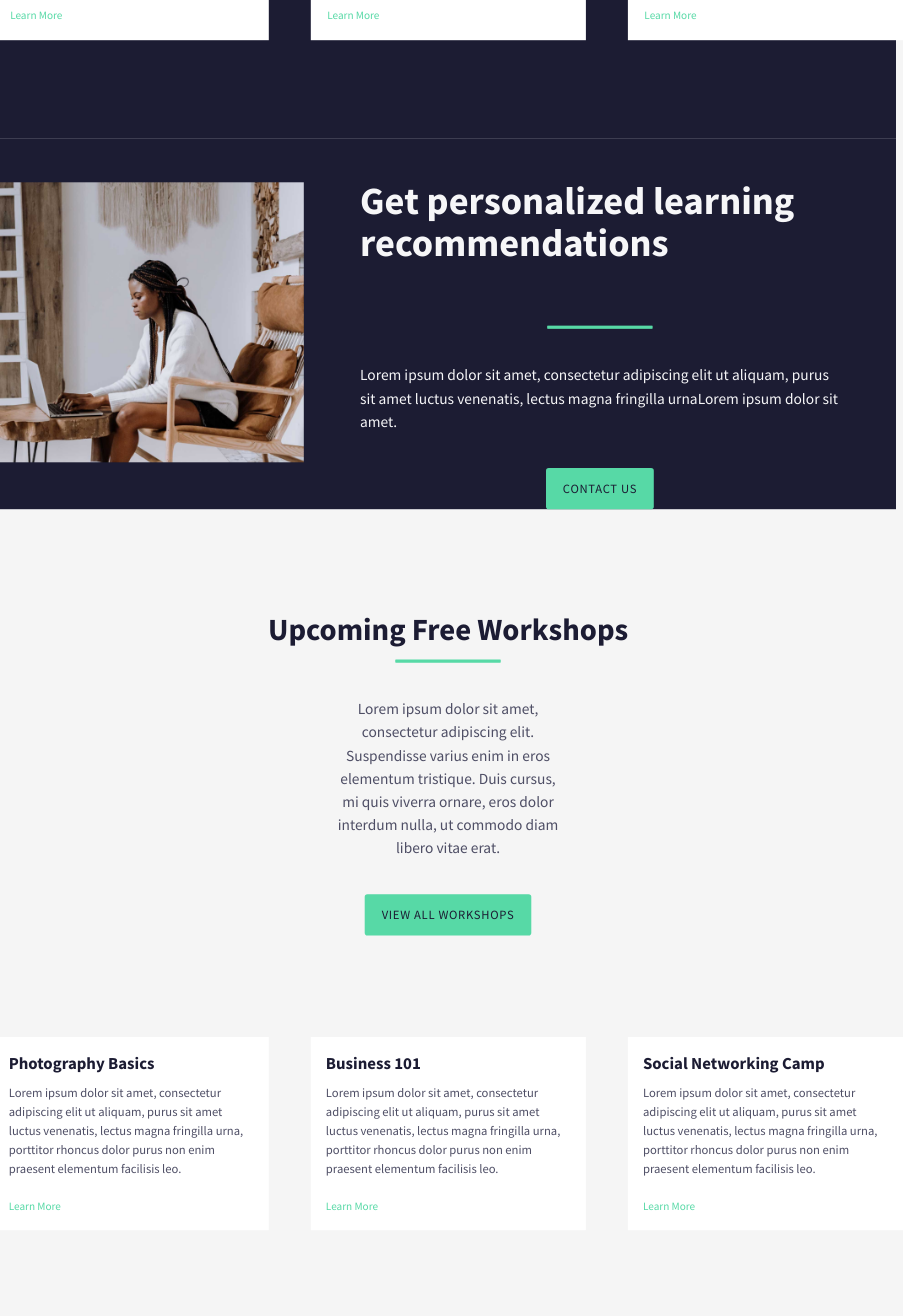
Repository: saidabbasun/skillz
Page: /
The author's editor kept a copy of each file at every save. The page is drawn from the files as they stood at one save, then again after the next save.
The browser window is 1280 px wide. The page is 1290 px wide, so the pictures cover 1290 px, including what lies to the right of the window. The pictures show the part of the page from y = 2119 to 3999 px (the page is 4526 px tall before and 4507 px after), at 70% of full size.
The project was rebuilt for these pictures with package versions that can differ from the ones it lists, and the page was loaded fresh each time.

Above is the page before, as saved 2022-06-13 14:53:31.

### public/index.html
<!DOCTYPE html>
<html lang="en">
  <head>
    <meta charset="utf-8" />

    <meta name="viewport" content="width=device-width, initial-scale=1" />
    <meta name="theme-color" content="#000000" />
    <link rel="stylesheet" href="https://unicons.iconscout.com/release/v4.0.0/css/line.css">
    <link rel="stylesheet" href="path/to/font-awesome/css/font-awesome.min.css">
    <title>React App</title>
  </head>
  <body>

    <div id="root"></div>

  </body>
</html>

### src/index.js
import React from 'react';
import ReactDOM from 'react-dom/client';
import { BrowserRouter } from "react-router-dom";
import App from './App';


const root = ReactDOM.createRoot(document.getElementById('root'));
root.render(
  <BrowserRouter>
    <App />
  </BrowserRouter>
);

### src/App.js
import Courses from './Components/Courses/Courses';
import Header from './Components/Header';
import Home from './Components/Home';
import Workshops from './Components/Workshops/Workshops';
import './styles/Globl/collection.scss';

function App() {
  return (
    <div>
    <Header/>
    <Home/>
    <Courses/>
    <Workshops/>
    </div>
  );
}

export default App;

### src/Components/Courses/Courses.jsx
import React from "react";
import {Link} from 'react-router-dom'
import Cart from "./Cart";
import ContactUs from '../../assets/images/Contact.png'

const Courses = () => {
  return (
    <div className="container">
        <div className="coursesWrap">

      <div className="coursesTitle">Featured Courses
      <hr className="coursesHr" />
      </div>

      <div className="coursesText">
        Lorem ipsum dolor sit amet, consectetur adipiscing elit. Suspendisse
        varius enim in eros elementum tristique. Duis cursus, mi quis viverra
        ornare, eros dolor interdum nulla, ut commodo diam libero vitae erat.
      </div>
      <Link to={`/`} className="homeBtn ">
      View All Courses
                </Link>
        </div>
        <div className="cartWrap">
       <Cart />
       <Cart/>
       <Cart/>
        </div>
        <div className="contactUs">
          <div className="contactLeftWrap">
          <img src={ContactUs} className='contactImg' alt="Contact us" />
          </div>

          <div className="contactRightWrap">
          <p className='homeTitle'>Get personalized learning recommendations

          </p>
          <hr className="coursesHr" />

                <p className="homeText contactText">Lorem ipsum dolor sit amet, consectetur adipiscing elit ut aliquam, purus sit amet luctus venenatis, lectus magna fringilla urnaLorem ipsum dolor sit amet.</p>

                <Link to={`/`} className="homeBtn">
                Contact Us
                </Link>
            </div>
          </div>
        </div>

  );
};

export default Courses;

### src/Components/Header.jsx
import React from 'react'

import { Link } from 'react-router-dom';
import Logo from '../assets/images/Logo.svg';
const Header = () => {
  return (
    <div>
        <div className="topDiscount">
            <p>One week only—50% off all courses with code 50OFF at checkout</p>
        </div>
        <div className="container">
            <div className="navbar">
                <Link  to={`/`}>
                <img src={Logo} alt="logo" />
                </Link>
                <div className="navbarNav">
                    <div className="navItem">
                        <Link  to={`/`} className='navLink'>Courses</Link>
                    </div>
                    <div className="navItem">
                        <Link  to={`/`} className='navLink'>Free Workshops</Link>
                    </div>
                    <div className="navItem">
                        <Link  to={`/`} className='navLink'>Blog</Link>
                    </div>
                    <div className="navItem">
                        <Link  to={`/`} className='navLink'>About</Link>
                    </div>
                    <div className="navItem">
                        <Link  to={`/`} className='navLink'>Contact</Link>
                    </div>
                </div>
                <div className="storWrapper">
                <Link  to={`/`}>
                <i className ="uil uil-shopping-cart stor"></i>
                </Link>
                     <div className="count">
                        <p>0</p>
                     </div>
                </div>
            </div>
        </div>
    </div>
  )
}

export default Header

### src/Components/Home.jsx
import React from 'react'
import { Link } from 'react-router-dom'

const Home = () => {
  return (
    <div className='container'>
        <div className="row">
            <div className="col5">
                <div className="CourseHome">
                    Featured Course
                </div>
                <p className='homeTitle'>Run your own online learning platform</p>
                <p className="homeText">A deep-dive on the Instagram algorythm, hashtags, content strategy, and branding.</p>
                <p className="homeAfter">Kathryn Murphy</p>
                <Link to={`/`} className="homeBtn">
                Learn More
                </Link>
            </div>
            <div className="col7">
            <div className="waveLine"></div>
                <div className="bgRectangle">

                    <div className="Rectangle1"></div>
                    <div className="Rectangle2"></div>
                    <div className="Rectangle3"></div>


                </div>
            </div>
        </div>

    </div>
  )
}

export default Home

### src/Components/Workshops/Workshops.jsx
import React from 'react'
import {Link} from 'react-router-dom';
import { Swiper, SwiperSlide } from "swiper/react";
import "swiper/css";
import "swiper/css/pagination";
import "swiper/css/navigation";

// import required modules
import { Autoplay, Pagination } from "swiper";


const Workshops = () => {

   const  listCart=[
    'Photography Basics' ,
'Business 101',
'Social Networking Camp']
  return (
    <>
    <div className='container'>
         <div className=" workshopsWrap">

<div className="coursesTitle Title ">Upcoming Free Workshops
<hr className="coursesHr" />
</div>

<div className="coursesText Text">
  Lorem ipsum dolor sit amet, consectetur adipiscing elit. Suspendisse
  varius enim in eros elementum tristique. Duis cursus, mi quis viverra
  ornare, eros dolor interdum nulla, ut commodo diam libero vitae erat.
</div>
<Link to={`/`} className="homeBtn ">
View All Workshops
          </Link>
  </div>
    </div>
    <div className="cartWrap workshopsCart">
   {listCart.map((data ,ind)=>(

       <div key={ind} className="cart">
           <p className="cartTitle">
           {data}
           </p>
           <p className="cartText">
           Lorem ipsum dolor sit amet, consectetur adipiscing elit ut aliquam, purus sit amet luctus venenatis, lectus magna fringilla urna, porttitor rhoncus dolor purus non enim praesent elementum facilisis leo.
           </p>
           <Link to={`/`} className='cartLink'>Learn More</Link>

   </div>
   ))}
   </div>
   <div className="caruselWrapper">
   <Swiper
        spaceBetween={50}
        centeredSlides={true}
        autoplay={{
          delay: 3500,
          disableOnInteraction: false,
        }}
        pagination={{
          clickable: true,
        }}

        modules={[Autoplay, Pagination]}
        className="mySwiper"
      >
        <SwiperSlide>
        <i className="uil uil-star"></i>
            <div className="caruselText">


            “Kate’s courses are a game changer. She’s thorough, organized, and explains things in a no-nonsense way that makes it easy for anyone—beginners to experts—to learn something from her courses and take their game to the next level.”
            </div>
            <div className="caruselAfter">
            James Brown, Influencer
            </div>
        </SwiperSlide>
        <SwiperSlide>
        <i className="uil uil-star"></i>
        <div className="caruselText">

                        “Kate’s courses are a game changer. She’s thorough, organized, and explains things in a no-nonsense way that makes it easy for anyone—beginners to experts—to learn something from her courses and take their game to the next level.”

            “Kate’s courses are a game changer. She’s thorough, organized, and explains things in a no-nonsense way that makes it easy for anyone—beginners to experts—to learn something from her courses and take their game to the next level.”
            </div>
            <div className="caruselAfter">
            James Brown, Influencer
            </div>
        </SwiperSlide>

      </Swiper>
   </div>
    </>
  )
}

export default Workshops

### src/styles/Globl/collection.scss
@import './globl';
@import './variables.scss';
@import './mixin';
@import '../Globl/font-face.scss';
@import '../Header.scss';
@import '../Home.scss';
@import '../Courses.scss';
@import '../Workshops.scss';

### src/Components/Courses/Cart.jsx
import React from 'react'
import {Link} from 'react-router-dom';
import Course from '../../assets/images/Course1.png'
const Cart = () => {
  return (
    <div className='cart'>
   <img className='cartImg' src={Course} alt="img" />
   <div className="cartBody">

      <div className="cartText">
      How to Increase Your Engagement on Instagram
      </div>
      <div className="homeAfter">
      Katie Murphy
      </div>
      <div className="PriceWrap">


      <div className="Price oldPrice">
      $ 59.99 USD
      </div>
      <div className="Price ">
      $ 59.99 USD
      </div>
      </div>
      <Link to={`/`} className='cartLink'>Learn More</Link>
   </div>
    </div>
  )
}

export default Cart

### src/styles/Globl/_globl.scss

@import './variables.scss';
*{
    box-sizing: border-box;
    padding: 0;
    margin: 0;
    font-family:SourceSansProRegular ;
    color: $color_bg_title;
}
body{
    background-color: $color_body;
}
.container{
    margin: 0 auto;


}

### src/styles/Globl/variables.scss
$color_btn:#57D9A6;
$color_body:#F5F5F5;
$color_bg_title:#1C1C33;
$text_footer: #F6F6F8;
$color_text:#4E4E65;
$color_white:#FFFFFF;
$color_cartBg:#FC5468;
$rastangle_size:100px;

### src/styles/Globl/_mixin.scss
@import '../Globl/variables.scss';
@mixin flexbox {
    display: flex;
    align-items: center;
}
@mixin Rectangle($radius,$namber) {

 position: absolute;

    width:  calc(#{$rastangle_size}  *#{$namber});
    height:  calc(#{$rastangle_size}  * #{$namber});
     border-radius: 50%;
     border-top-right-radius: $radius;
     background-color: $color_btn;
     box-shadow: 14px 14px 20px rgba(28, 28, 51, 0.5);
}

### src/styles/Globl/font-face.scss


@font-face {
    font-family: SourceSansProRegular;

    src:  url('../../assets/fontFamily/SourceSansPro-Regular.ttf');
  }
  @font-face {
    font-family: SourceSansProBold;

    src:  url('../../assets/fontFamily/SourceSansPro-Bold.ttf');
  }
  @font-face {
    font-family: SourceSansProItalic;

    src:  url('../../assets/fontFamily/SourceSansPro-Italic.ttf');
  }

### src/styles/Header.scss
@import './Globl/variables.scss';
@import './Globl/mixin';
.topDiscount{
    background-color:$color_btn;
    font-weight: 400;
font-size: 18px;
text-align: center;

padding: 8px 0;

}
.navbar{
    @include flexbox;
    background-color:$color_bg_title;
    justify-content:space-between;
    padding: 24px 82px;
}
.navbarNav{
    @include flexbox;
 column-gap: 40px;
}

.navLink{

    font-weight: 400;
font-size: 17px;
    text-decoration: none;
    color: $text_footer;
}
.storWrapper{
    position: relative;
}
.stor{
    color:$color_white;
    font-size: 40px;


}
.count{
    padding:0  6px;
    background-color: $color_cartBg;
    color: $color_white;
    position: absolute;
    border-radius: 50%;
    font-size: 11px;
    line-height: 18px;
    position: absolute;
    top: 3px;
    right: 0;

}

### src/styles/Home.scss
@import './Globl/variables.scss';
@import './Globl/mixin';
.row{

    padding:0 0 120px 82px;
 @include flexbox;

 background-color: $color_bg_title;
}
.col5{
    width: 35%;

    color: $text_footer;
}
.CourseHome{
   width: 150px;
   padding: 7px 0;
    font-weight: 400;
font-size: 16px;
letter-spacing: 1px;
text-transform: uppercase;
color: $text_footer;
border-bottom: 2px solid $color_btn;
}
.homeTitle{
    font-family: SourceSansProBold;
    padding: 59px 0 22px;
    font-weight: 700;
font-size: 55px;
line-height: 60px;
color: $text_footer;
}
.homeText{
    line-height: 33px;
font-weight: 400;
font-size: 22px;
color: $text_footer;
}
.homeAfter{
    margin: 22px 0 48px ;
    font-weight: 400;
font-size: 17px;
line-height: 27px;
color: #B2B2BF;
}
.homeBtn{

    font-weight: 400;
font-size: 18px;
line-height: 27px;
padding: 16px 24px;
letter-spacing: 1px;
text-transform: uppercase;
background-color: $color_btn;
color: $color_bg_title;
text-decoration: none   ;
border-radius: 4px;
}

.col7{
    position: relative;
    width: 60%;

    padding-top: 200px;
}

.bgRectangle{
position: relative;

 margin: 0 auto;
   width:calc(#{$rastangle_size} * 6.2);
    height: calc(#{$rastangle_size}  * 6.2);
    filter: drop-shadow(21px 21px 30px rgba(28, 28, 51, 0.4));
    border-radius: 50%;
    border-top-left-radius: 8px;

    background-image: url(../assets/images/homeImg.png);
}
    .waveLine{
      position: absolute;
      top: 150px;
      left: 90px;
        width: calc(#{$rastangle_size} * 3.5);
        height:calc(#{$rastangle_size}*2.38);
        background-image: url(../assets/images/Line.png);
        background-repeat: repeat-y;
        background-position: center;
    }
    .Rectangle1{
        @include Rectangle(6px,1) ;
      transform: rotate(-90deg);
        top: -50px;
        left: 300px;
    }
    .Rectangle2{
        @include Rectangle(16px,1.5) ;
       top: -20px;
       right: 45px;

    }
    .Rectangle3{
        @include Rectangle(36px,3.4) ;
        right: -100px;
        bottom: 20px;
    }

### src/styles/Courses.scss
@import './Globl/variables.scss';
.coursesWrap{
    background-color: $color_bg_title;
    padding: 80px 82px;
    display: flex;
    justify-content: center;
    flex-direction: column;
    align-items: center;
}
.coursesTitle{
    font-family: SourceSansProBold;
    color:$text_footer ;
    font-weight: 700;
font-size: 44px;
line-height: 53px;

}
.coursesHr{
    margin: 0 auto;
    width: 150px;
    background-color: $color_btn;
    border:2px solid  $color_btn;
    margin-top: 17px;

}
.coursesText{
    font-weight: 400;
font-size: 22px;
line-height: 33px;
color:$text_footer ;
text-align: center;
padding: 50px 400px;

}
.cartWrap{
    display: grid;
    align-items: center;
    grid-template-columns:repeat(3,auto);
    justify-content: center;
    gap: 60px;
    background-color: $color_bg_title;
    padding: 0 82px 140px;

}
.cart{
    width: 393px;
    background-color: $color_white;
}
.cartImg{

    height: 197px;
}
.cartBody{
    padding: 22px 90px 25px 24px;
}
.cartText{
    font-weight: 400;
font-size: 24px;
line-height: 29px;

}
.homeAfter{
    font-weight: 400;
font-size: 17px;
line-height: 27px;
color: $color_text;

}
.PriceWrap{
    display: flex;
    column-gap: 8px;
    padding: 8px 0 15px ;
}
.Price{
    font-weight: 400;
font-size: 22px;


}
.oldPrice{
    color: #B2B2BF;
}
.cartLink{
    font-weight: 400;
font-size: 16px;
line-height: 21px;
color: #57D9A6;
text-decoration: none;
}
.contactUs{
    display: flex;
    align-items: center;
    justify-content: center;
    background-color: $color_bg_title;
}
.contactLeftWrap{
    width: 70%;
}
.contactRightWrap{
    padding: 0 80px;
    display: flex;
    justify-content: center;
    flex-direction: column;
    align-items: center;
    row-gap: 50px;
}
.contactHr{
    width: 150px;
    background-color: $color_btn;
    border: 2px solid $color_btn;
    margin-top: 16px;
}
.contactImg{
    width: 100%;
}
.contactText{

}

### src/styles/Workshops.scss
@import './Globl/variables.scss';
.workshopsWrap{
    padding: 145px 82px;
    display: flex;
    justify-content: center;
    flex-direction: column;
    align-items: center;

    .Title{
        color: $color_bg_title;
    }
    .Text{
        color: $color_text
    }
}
.workshopsCart{
    background-color: transparent;
    .cart{
        padding: 22px 36px 24px 22px;

    }
    .cartTitle{
        font-family: SourceSansProBold;
        font-weight: 700;
font-size: 24px;
line-height: 29px;
    }
    .cartText{
        font-weight: 400;
font-size: 18px;
line-height: 27px;
color: $color_text;
padding: 15px 0 30px;
    }
}
.caruselWrapper{
    padding: 82px 117px 300px  117px;
    background-color: $color_btn;
    padding: 40px 0;
    text-align: center;
}
.caruselText{
    padding: 40px 500px;
}
.caruselAfter{
    padding-bottom: 70px;
}

After the next save:
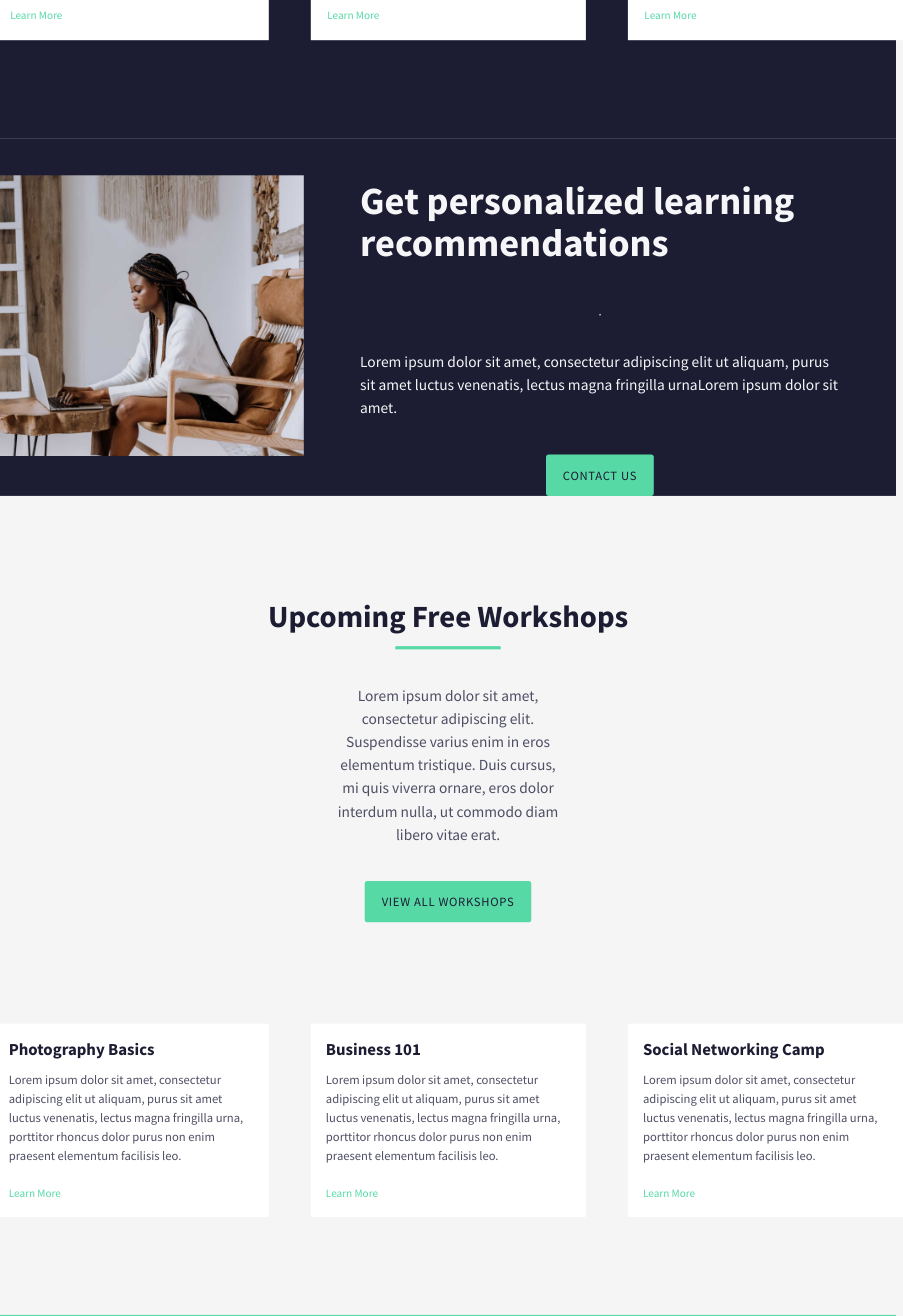
Saved 5 s later.
--- a/src/Components/Courses/Courses.jsx
+++ b/src/Components/Courses/Courses.jsx
@@ -35,7 +35,7 @@ const Courses = () => {
           <p className='homeTitle'>Get personalized learning recommendations
 
           </p>
-          <hr className="coursesHr" />
+          <hr className="couHr" />
 
                 <p className="homeText contactText">Lorem ipsum dolor sit amet, consectetur adipiscing elit ut aliquam, purus sit amet luctus venenatis, lectus magna fringilla urnaLorem ipsum dolor sit amet.</p>
 
